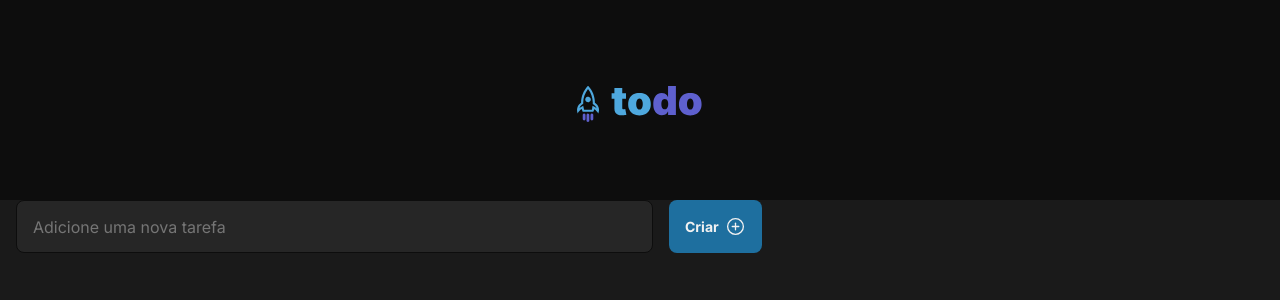
Repository: viniimartins/ToDoListROCKETSEAT
Page: /
The author's editor kept a copy of each file at every save. The page is drawn from the files as they stood at one save, then again after the next save.
The browser window is 1280 px wide. The pictures show the whole page.
The project was rebuilt for these pictures with package versions that can differ from the ones it lists, and the page was loaded fresh each time. Also part of the build but not shown: vite.config.ts.

Above is the page before, as saved 2023-05-05 15:11:57.

After the next save:
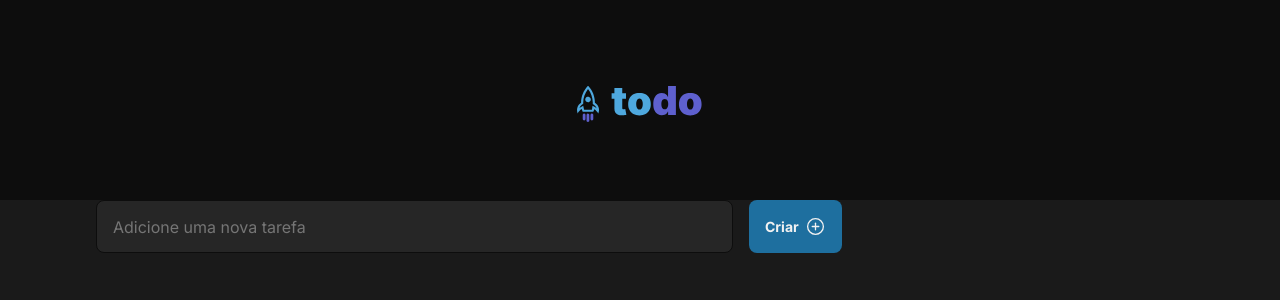
Saved 6 s later.
--- a/src/App.module.css
+++ b/src/App.module.css
@@ -1,6 +1,6 @@
 .wrapper {
   max-width: 70rem;
-  /* margin: 2rem auto; */
+  margin: 0 auto;
   padding: 0 1rem;
 
   display: grid;
